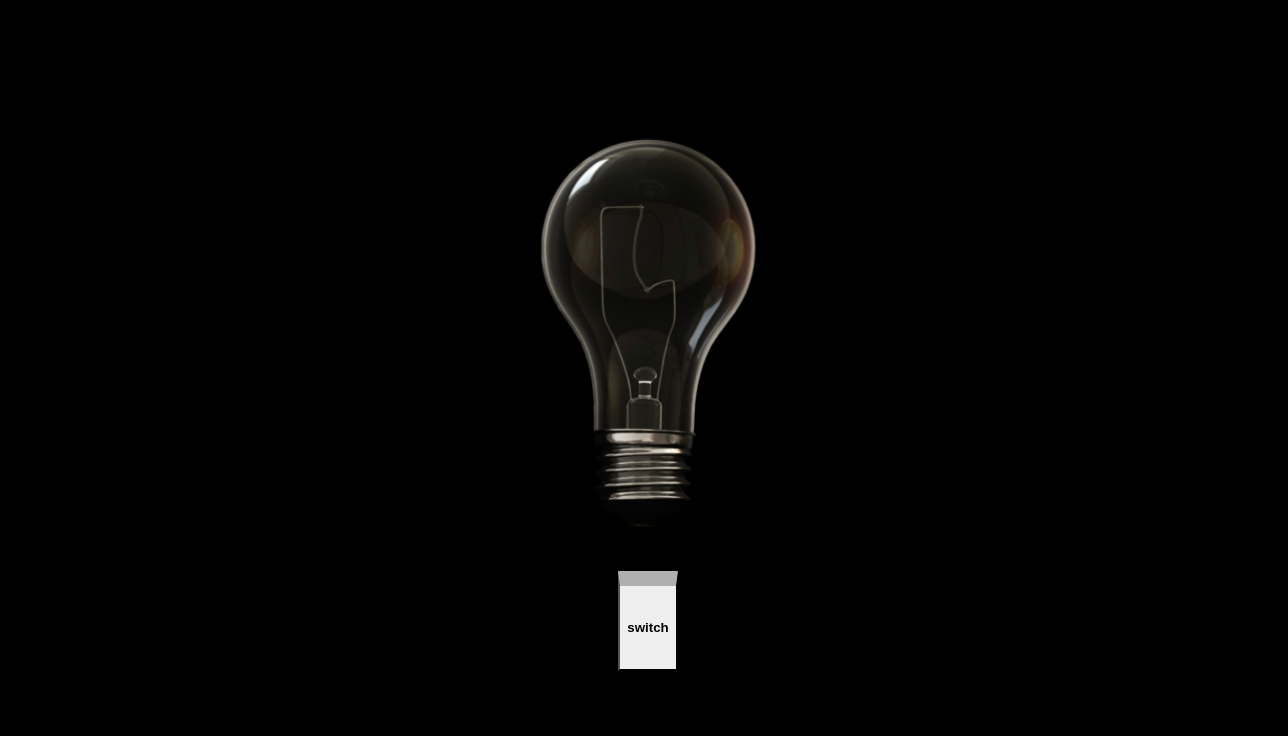
Repository: JunaidAnsari202/bulb
Page: index.html
The author's editor kept a copy of each file at every save. The page is drawn from the files as they stood at one save, then again after a run of saves.
The browser window is 1280 px wide. The page is 1288 px wide, so the pictures cover 1288 px, including what lies to the right of the window. The pictures show the whole page.

Above is the page before, as saved 2023-10-27 21:47:25.

After the next 2 saves:
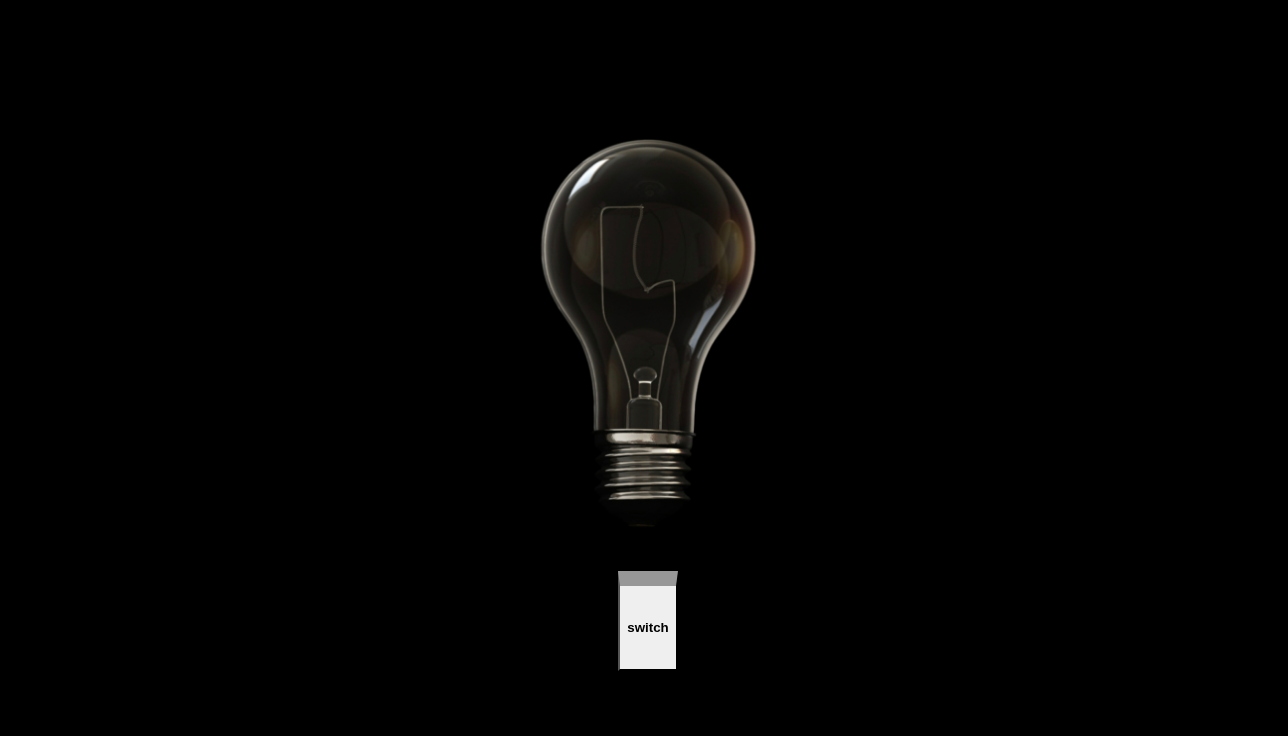
The 2 saves are shown as one change because they came seconds apart.
The last was saved 12 s later.
--- a/style.css
+++ b/style.css
@@ -24,7 +24,7 @@ body{
     font-weight: 800;
     height: 100px;
     width: 60px;
-    border-top: 15px rgba(0, 0, 0, 0.271) solid;
+    border-top: 15px rgba(0, 0, 0, 0.368) solid;
 }
 .bttn:hover{
     background-color: grey;
